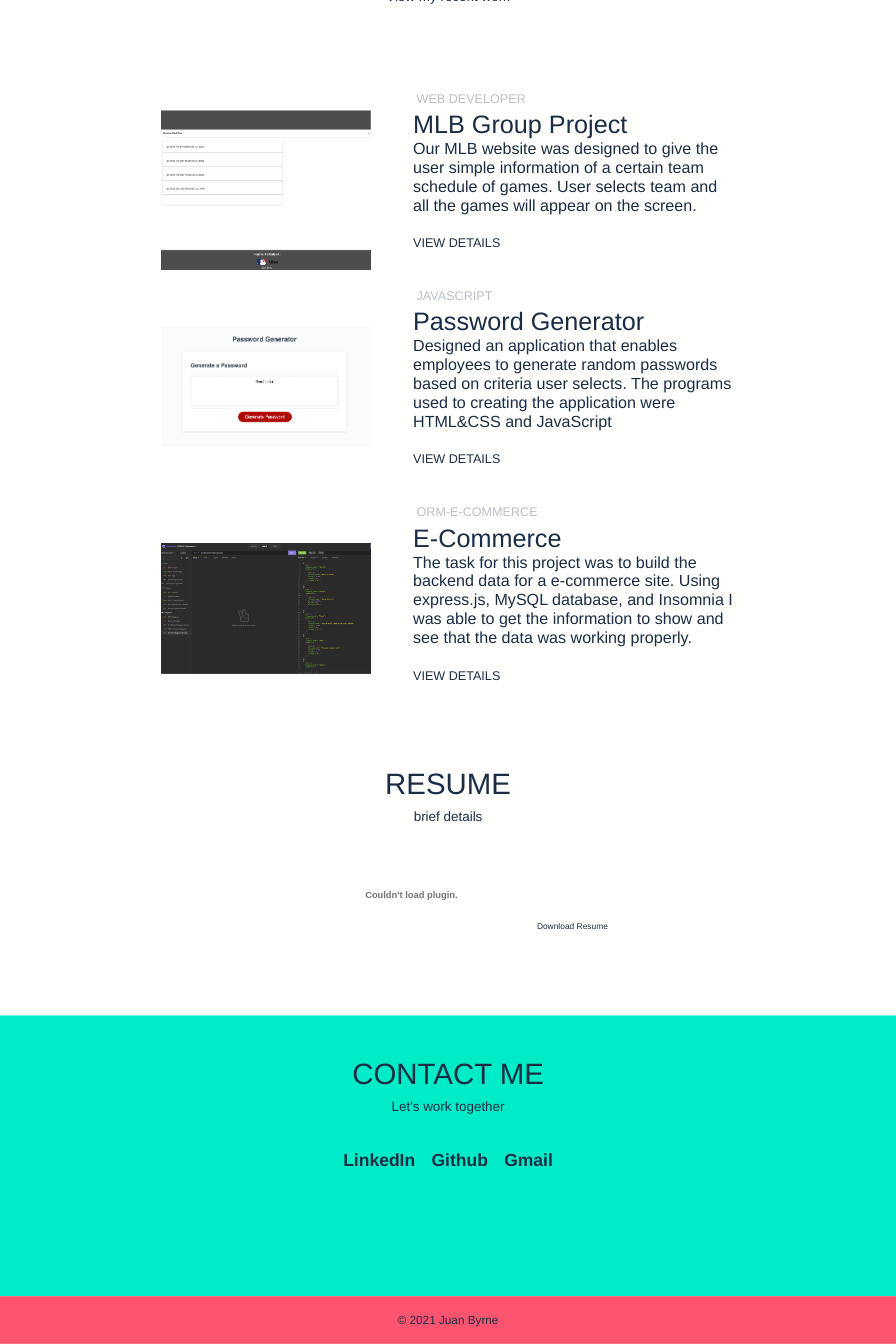
Repository: jb150524/JB-Portfolio
Page: index.html
An editor plug-in stored every save of this project. The page is shown before and after the next save, followed by the edit.
The browser window is 1280 px wide. The pictures show the part of the page from y = 2434 to 4354 px (the page is 4354 px tall before and 4265 px after), at 70% of full size.
Some web libraries are served in a nearby version.

Above is the page before, as saved 2021-09-25 21:31:10.

After the next save:
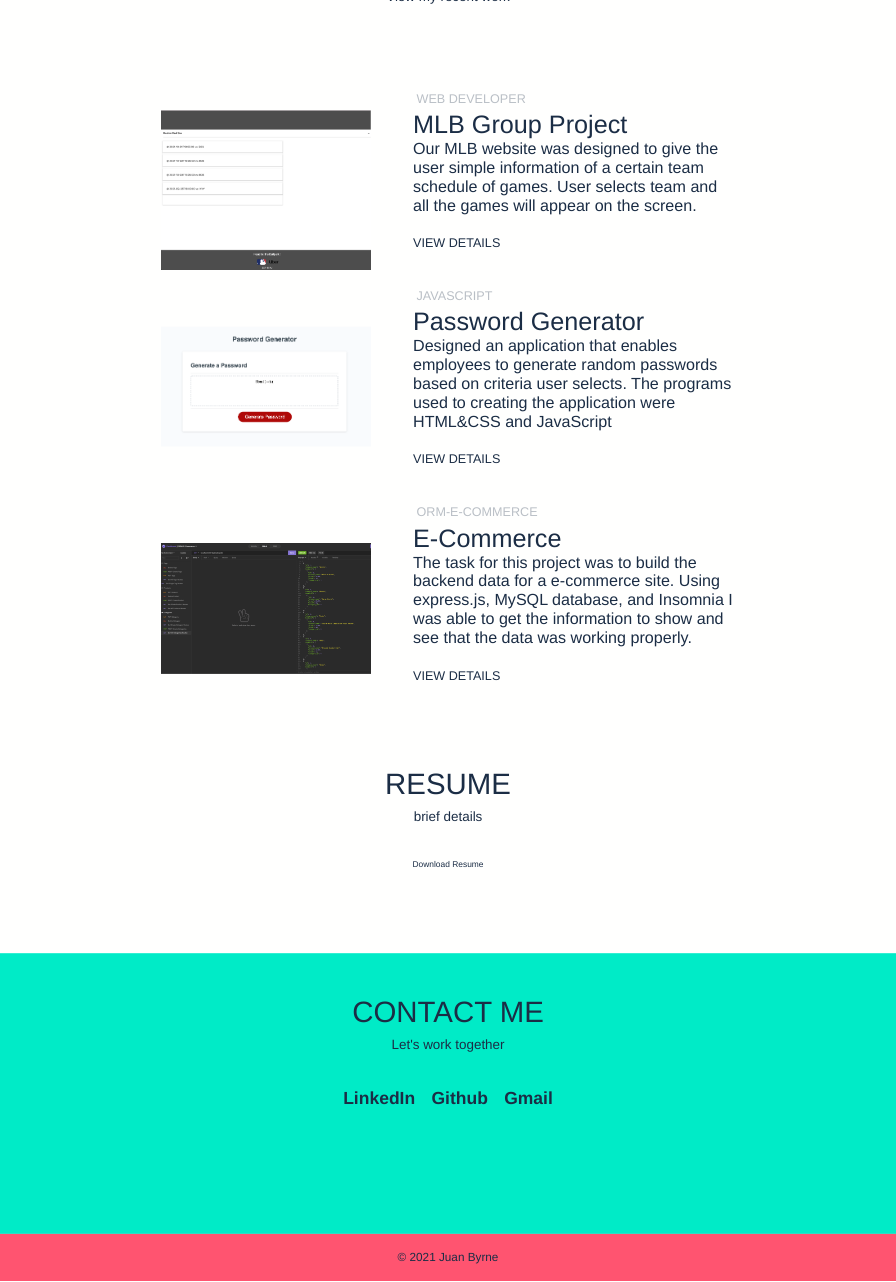
Saved 63 s later.
--- a/index.html
+++ b/index.html
@@ -144,7 +144,7 @@
         <div class="section-heading">
           <h1>Resume</h1>
           <h6>brief details</h6>
-          <embed src="/images/FullStackDeveloper2021Resume.pdf" type="application/pdf" width="55%" height="100px" />
+          <!-- <embed src="/images/FullStackDeveloper2021Resume.pdf" type="application/pdf" width="55%" height="100px" /> -->
           <!-- <input type="button" value="Download!"> -->
           <a href="./images/FullStackDeveloper2021Resume.pdf" class="cta">Download Resume</a>
         </div>
